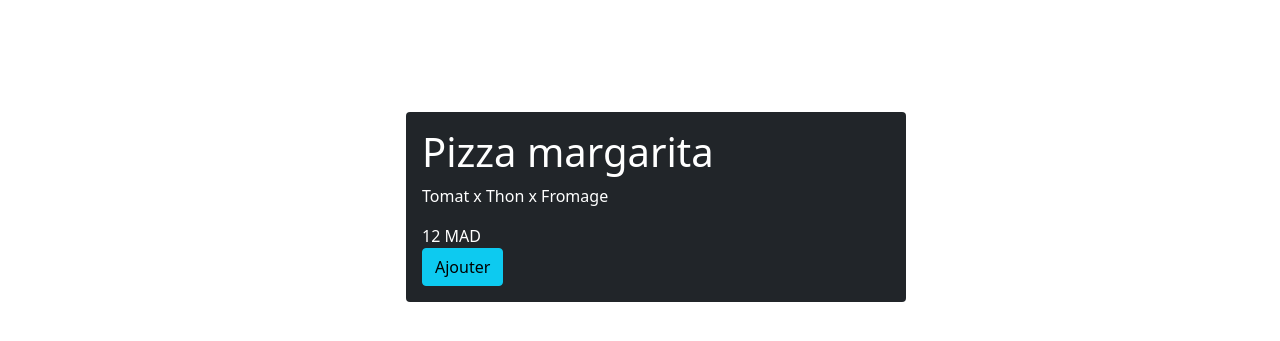
Repository: FS-23/my-restaurant
Page: /
An editor plug-in stored every save of this project. The page is shown before and after the next save, followed by the edit.
The browser window is 1280 px wide. The pictures show the whole page.
The project was rebuilt for these pictures with package versions that can differ from the ones it lists, and the page was loaded fresh each time.

Above is the page before, as saved 2022-04-29 13:43:36.

After the next save:
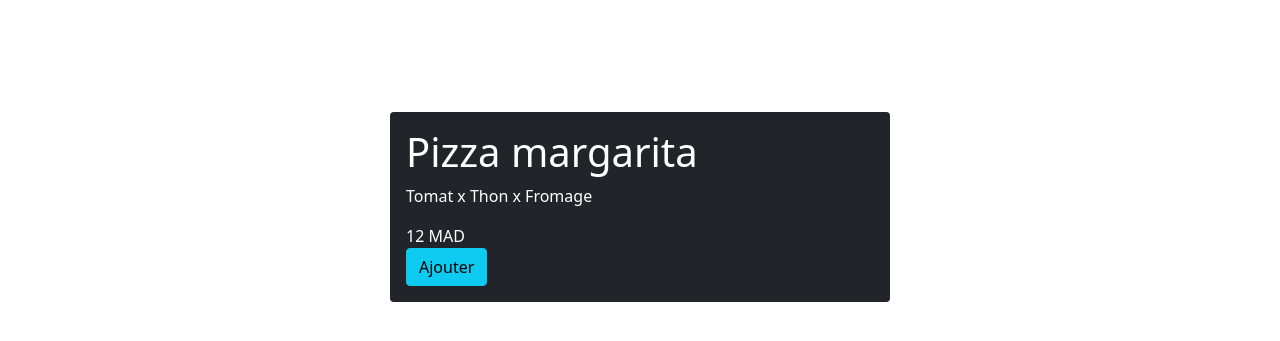
Saved 24 s later.
--- a/src/App.js
+++ b/src/App.js
@@ -6,7 +6,7 @@ function App() {
            <div className='position-absolute d-none top-0 w-100 h-100 bg-dark app-gradient-container'>
 
            </div>
-           <div className="mt-5 p-3 rounded" style={{width:'500px' , margin: "auto"}}>
+           <div className="mt-5 p-3 rounded" style={{width:'600px' , margin: "auto"}}>
               <Menu />
            </div>
        </div>
